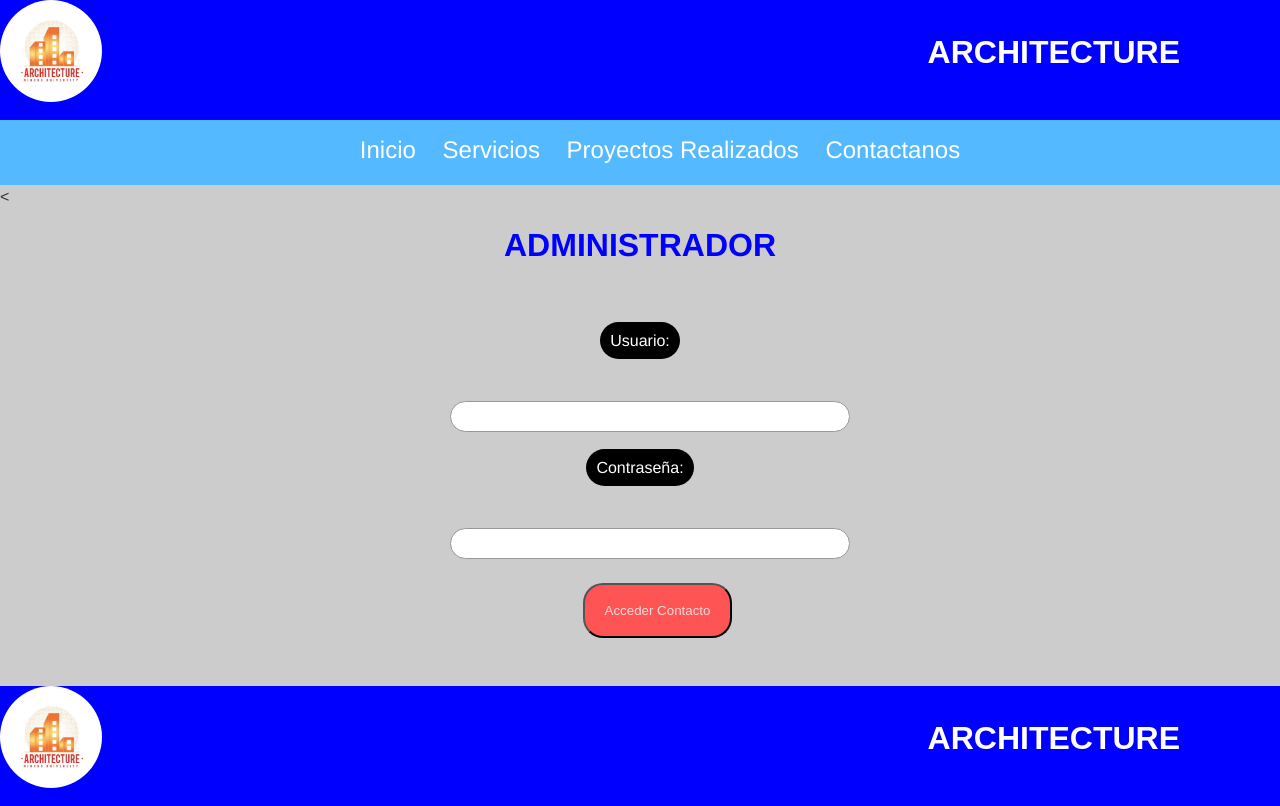
Repository: gabrielestrella18/htdocs
Page: http://localhost/arquitectos/login.php
These files come from the project's save history. The page is drawn as it stood at one moment and after the next save; the edit follows.
The browser window is 1280 px wide. The pictures show the whole page.
The page is run by PHP 8.4 with error messages shown; the project is at /var/www/html/.

Above is the page before, as saved 2023-12-10 01:20:08.

### arquitectos/login.php
<!DOCTYPE html>
<html lang="en">
  <head>
    <title></title>
    <meta charset="UTF-8">
    <meta name="viewport" content="width=device-width, initial-scale=1">
    <link href="estilo.css" rel="stylesheet">
  </head>
  <body>

<?php

include  "arriba.php"
?>

<?php
include "menu.php"
?>
<
<br><br>

<h4 class="welcome">ADMINISTRADOR</h4>

<br><br><br>
<div class="admi">
<form action="autenticar.php" method="post">
          <div class="cont"><label>Usuario:</label></div><br><br>
          <input type="text" name="usuario" id="usu" class="campos" required ><br><br>
          <div class="cont"><label>Contraseña:</label></div><br><br>
          <input type="password" name="contrasena" id="contra" class="campos" required >
          <br><br>
          <button class="boton3" type="submit" id="Acceder" href="control.php">Acceder Contacto</button>
        </form>
      </div>
   <br><br>

<?php
include "abajo.php"
?>


  </body>
</html>

### arquitectos/arriba.php
<div class="azul">
  <img  class="lg"src="imagenes/arch.jpg" alt="">

  <h1>ARCHITECTURE</h1>
</div>

### arquitectos/menu.php
<div class="menu">
<div class="menuOpciones">
            <a href="index.php">Inicio</a>
            <a href="servicios.php">Servicios</a>
            <a href="proyectos.php">Proyectos Realizados</a>
            <a href="contactos.php">Contactanos</a>
            </div>

</div>

### arquitectos/abajo.php

<div class="azul">
  <img  class="lg"src="imagenes/arch.jpg" alt="">

  <h1>ARCHITECTURE</h1>
</div>

### arquitectos/estilo.css
* {
    box-sizing: border-box;
    margin: 0;
    padding: 0;
}

body {
    font-family: helvetica;
    font-size: 16px;
    line-height: 24px;
    color: #333;
    background-color: #cccccc;
    max-width: 1400px;
}

.azul {
    background-color: blue;
    padding-bottom: 120px;
}

.lg {
    float: left;
    width: 8%;
    height: 8%;
    border-radius: 80px;
}

h1 {
    color: white;
    float: right;
    font-family: sans-serif;
    text-align: end;
    padding-top: 40px;
    padding-right: 100px;
}

.menu {
    border: 1px #54b9ff solid;
    background-color: #54b9ff;
    height: 65px;
}

.menuOpciones {
    padding-top: 12px;
    text-align: center;
    margin-top: 5px;
    padding-left: 40px;
    font-size: x-large;
}

.menuOpciones a {
    text-decoration: none;
    color: white;
    padding: 10px;
}

.menuOpciones a:hover {
    color: #373b39;
    background-color: #0afc83;
    padding-top: 16px;
    padding-bottom: 21px;
}

.contenedor_fondo {
    width: 1350px;
    height: 600px;
    margin: auto;
    background-image: url(imagenes/fondoarq.jpg);
    background-repeat: no-repeat;
    background-size: cover;
}

.textofoto {
    color: rgb(7, 2, 2);
    margin: auto;
    text-align: center;
    line-height: 35px;
    padding-top: 200px;
    font-size: x-large;
}

.video {
    text-align: center;
    background-color: #373b39;
    border-radius: 100px;
    width: 700px;
    margin: auto;
    padding-top: 40px;
    padding-bottom: 40px;
}

.botoncito {
    text-align: center;
}

.boton1 {
    color: #ece80f;
    background-color: #ce1111;
    padding-top: 20px;
    padding-bottom: 20px;
    padding-left: 10px;
    padding-right: 10px;
    border-radius: 20px;
    text-decoration: none;
}

h3 {
    text-align: center;
}

.serv {
    background-color: #ece80f;
    padding-top: 20px;
    padding-bottom: 20px;
    padding-left: 10px;
    padding-right: 10px;
    border-radius: 20px;
}

.ser {
    padding-left: 450px;
    padding-right: 450px;
}

p {
    font-weight: 400px;
    font-size: xx-large;
}

.text {
    text-align: center;
}

.caja1 {
    float: left;
    padding-left: 150px;
    padding-top: 60px;
}

.caja2 {
    float: right
}

.plan {
    width: 70%;
    height: 70%;
}

.rojo {
    color: rgb(255, 0, 0);
    font-weight: 800;
}

.text {
    color: black;
    font-size: large;
}

.caja3 {
    float: right;
    padding-right: 200px;
    padding-top: 120px;
}

.caja4 {
    float: left;
}

.co {
    padding-left: 100px;
    width: 600px;
    height: 320px;
}

.caja5 {
    float: left;
    padding-left: 150px;
    padding-top: 60px;
}

.caja6 {
    float: right;
    padding-right: 200px;
}

.re {
    width: 450px;
    height: 300px;
}

.display {
    display: inline-block;
    width: 1350px;
}

.mira {
    text-align: center;
    display: inline-block;
    width: 700px;
}

.ubica {
    display: inline-block;
    width: 600px;
    text-align: center;
    padding-left: 150px;
}

.ubi {
    width: 600px;
    height: 300px;
}

.boton2 {
    color: #ece80f;
    background-color: #ce1111;
    padding-top: 20px;
    padding-bottom: 20px;
    padding-left: 10px;
    padding-right: 10px;
    border-radius: 20px;
    text-decoration: none;
}

.rapi {
    color: rgb(243, 243, 248);
    font-family: 'Franklin Gothic Medium';
    font-size: large;
    background-color: rgb(68, 67, 66);
    border-radius: 20px;
    padding-top: 10px;
    padding-bottom: 10px;
    display: inline-block;
    padding-left: 10px;
    padding-right: 10px;
}

.cuadrado {
    border: 4px #eaeaea solid;
    background-color: #eaeaea;
    padding: 6px 50px;
}

.campos {
    border-radius: 20px;
    border: 1px #999 solid;
    padding: 7px;
    width: 400px;
    /* para que se separen */
    margin-left: 20px;
}

.boton3 {
    padding: 5px 10px;
    margin-left: 35px;
    color: #f0dbdb;
    background-color: #ff5454;
    border-radius: 20px;
    padding-top: 18px;
    padding-bottom: 18px;
    padding-left: 20px;
    padding-right: 20px;
}

.boton3:hover {
    background-color: #38065a;
    color: white;
}

.boton4 {
    padding: 5px 10px;
    background-color: aqua;
    border-radius: 20px;
    padding-top: 18px;
    padding-bottom: 18px;
    padding-left: 20px;
    padding-right: 20px;
}

.boton4:hover {
    background-color: #aaff0b;
    color: white;
}

.centro {
    text-align: center;
}

.contenedor2 {
    width: 1350px;
    height: 700px;
    margin: auto;
    background-image: url(imagenes/muchos.gif);
    background-repeat: no-repeat;
    background-size: cover;
}

h4 {
    color: blue;
    text-align: center;
    font-size: xx-large;
}

.admi {
    text-align: center;
}

label {
    color: white;
    background-color: black;
    border-radius: 20px;
    padding-top: 10px;
    padding-bottom: 10px;
    padding-left: 10px;
    padding-right: 10px;
}

After the next save:
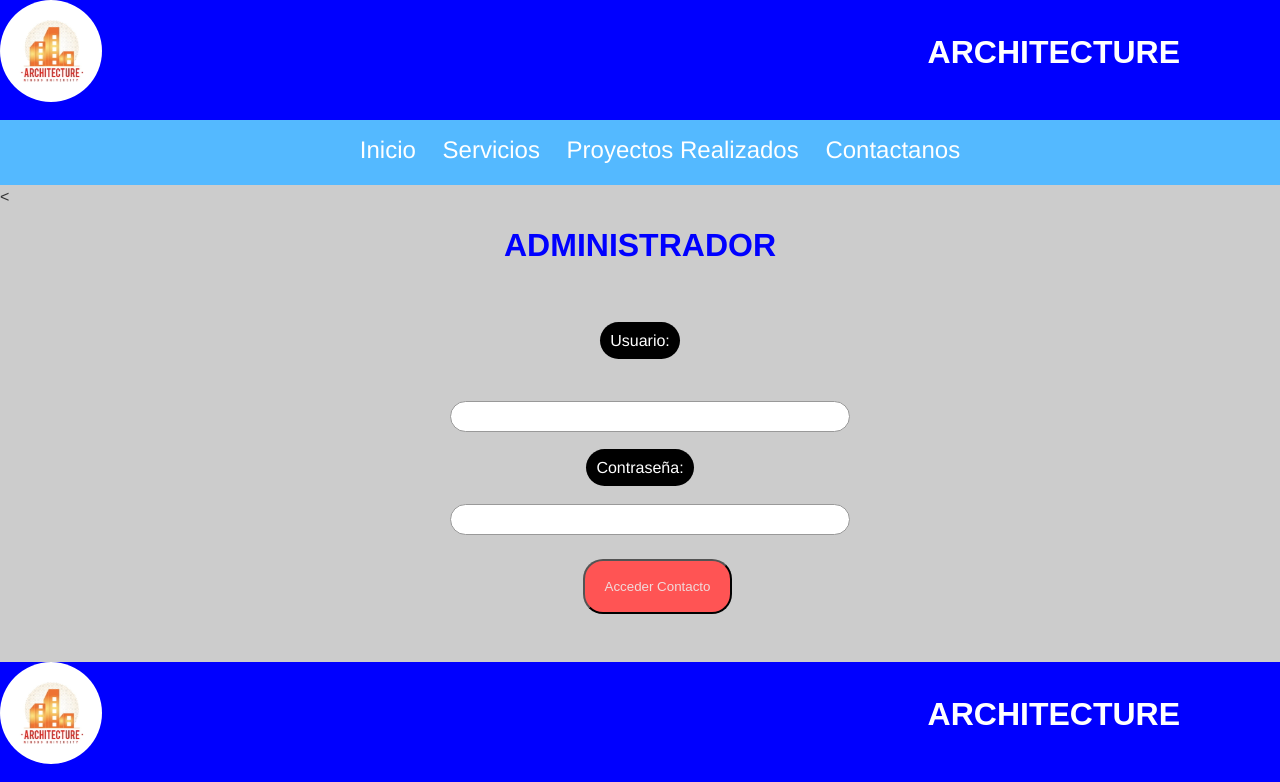
Saved 10 s later.
--- a/arquitectos/login.php
+++ b/arquitectos/login.php
@@ -26,7 +26,7 @@ include "menu.php"
 <form action="autenticar.php" method="post">
           <div class="cont"><label>Usuario:</label></div><br><br>
           <input type="text" name="usuario" id="usu" class="campos" required ><br><br>
-          <div class="cont"><label>Contraseña:</label></div><br><br>
+          <div class="cont"><label>Contraseña:</label></div><br>
           <input type="password" name="contrasena" id="contra" class="campos" required >
           <br><br>
           <button class="boton3" type="submit" id="Acceder" href="control.php">Acceder Contacto</button>
